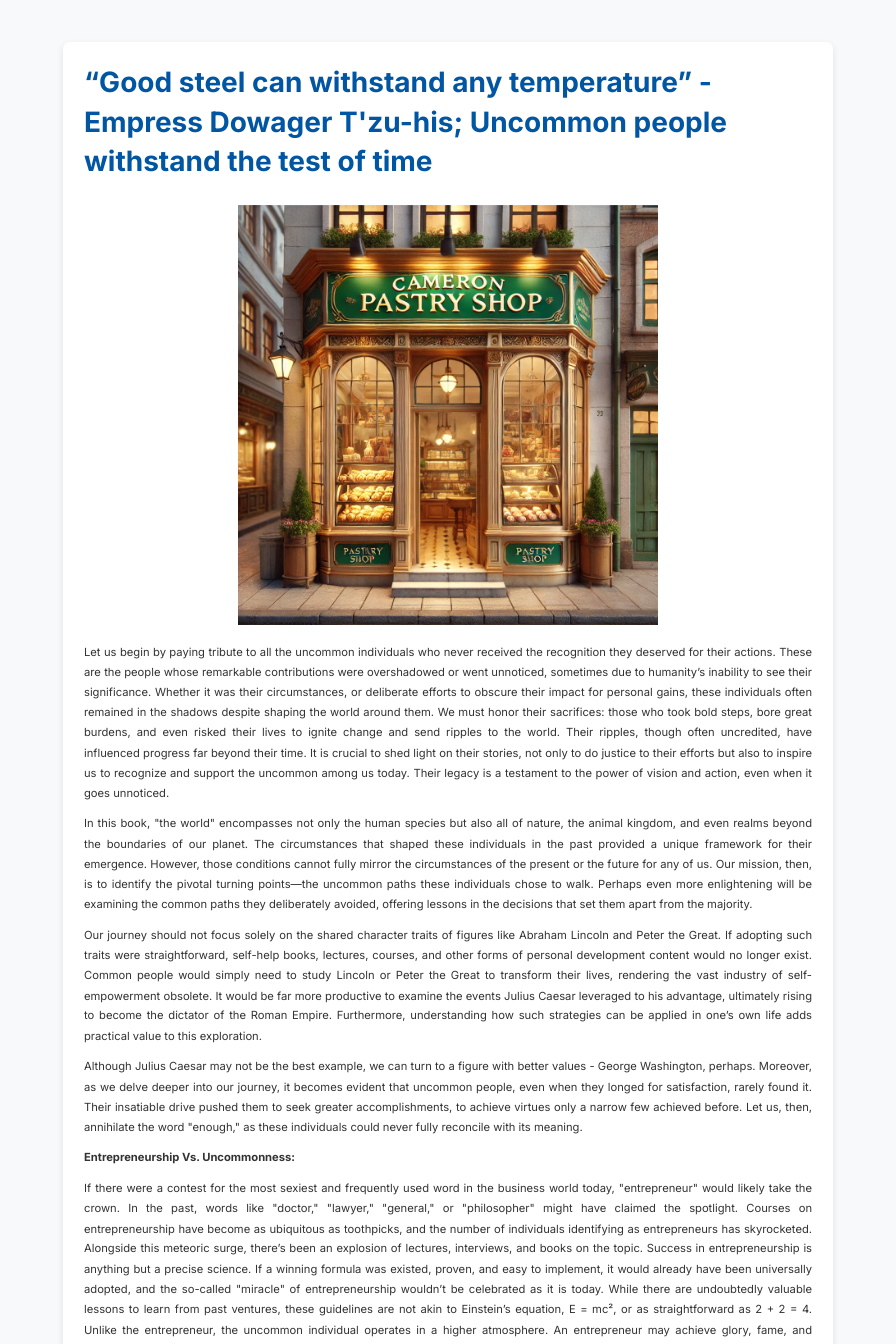
Repository: AvivGranot/Uncommon-Website
Page: Assets/Posts/post2.html
The author's editor kept a copy of each file at every save. The page is drawn from the files as they stood at one save, then again after the next save.
The browser window is 1280 px wide. The pictures show the part of the page from y = 0 to 1920 px (the page is 2848 px tall before and 3048 px after), at 70% of full size.

Above is the page before, as saved 2025-01-09 23:58:06.

After the next save:
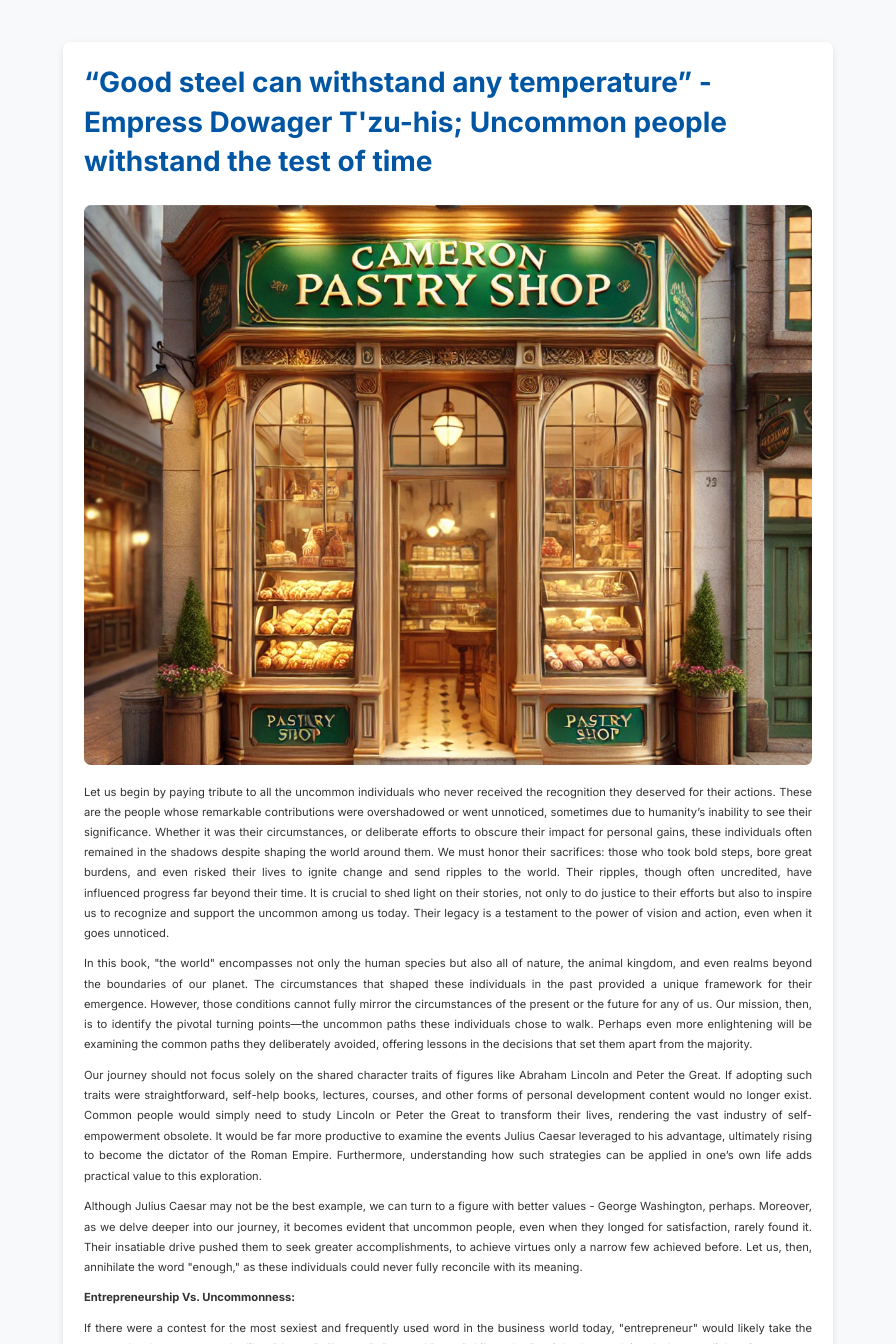
Saved 3 min 1 s later.
--- a/Assets/Posts/post2.html
+++ b/Assets/Posts/post2.html
@@ -43,12 +43,14 @@
         }
 
         .image {
-            width: 100%;
-            max-height: 600px;
-            object-fit: contain;
-            border-radius: 10px;
-            margin: 15px 0;
-        }
+    width: 100%; /* Ensure it takes full width of the container */
+    max-width: 1200px; /* Increase the maximum width for a wider appearance */
+    max-height: 800px; /* Adjust the height limit as needed */
+    object-fit: cover; /* Ensures the image maintains its aspect ratio */
+    border-radius: 10px;
+    margin: 15px 0;
+}
+
 
         footer {
             text-align: center;
